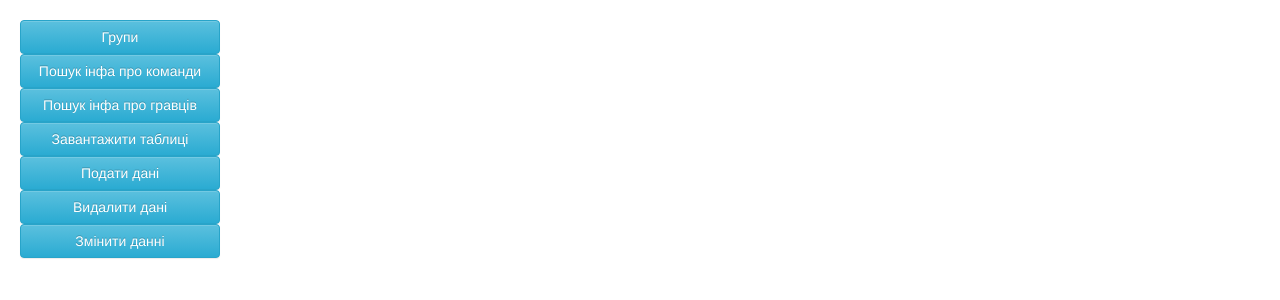
Repository: polik1996/StatisticManager
Page: StatisticsManager/WebContent/menuTable.html
An editor plug-in stored every save of this project. The page is shown before and after the next save, followed by the edit.
The browser window is 1280 px wide. The pictures show the whole page.

Above is the page before, as saved 2016-06-12 13:01:51.
Console error (its wording comes from the project's code and is left out).

After the next save:
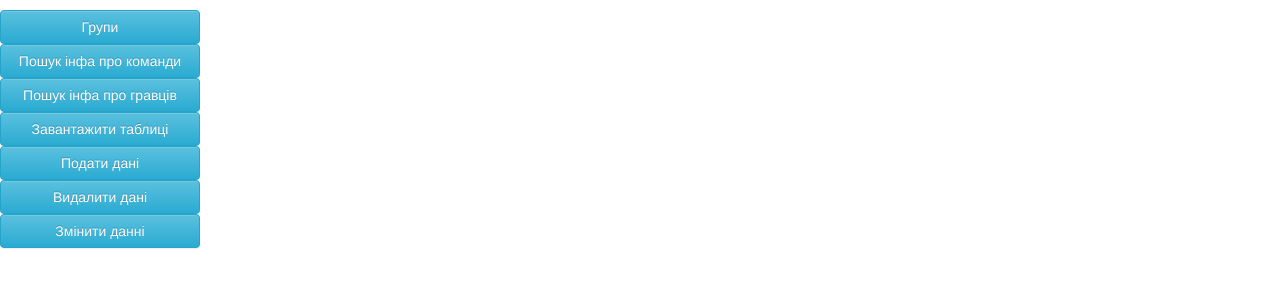
Saved 65 s later.
--- a/StatisticsManager/WebContent/menuTable.html
+++ b/StatisticsManager/WebContent/menuTable.html
@@ -8,9 +8,6 @@
    <link rel="stylesheet" href="https://maxcdn.bootstrapcdn.com/bootstrap/3.3.4/css/bootstrap-theme.min.css">
   <script src="https://maxcdn.bootstrapcdn.com/bootstrap/3.3.4/js/bootstrap.min.js"></script>
  <style>
-   body {
-    margin: 20px; /* Убираем отступы */
-   }
   </style>
 </head>
 </head>
